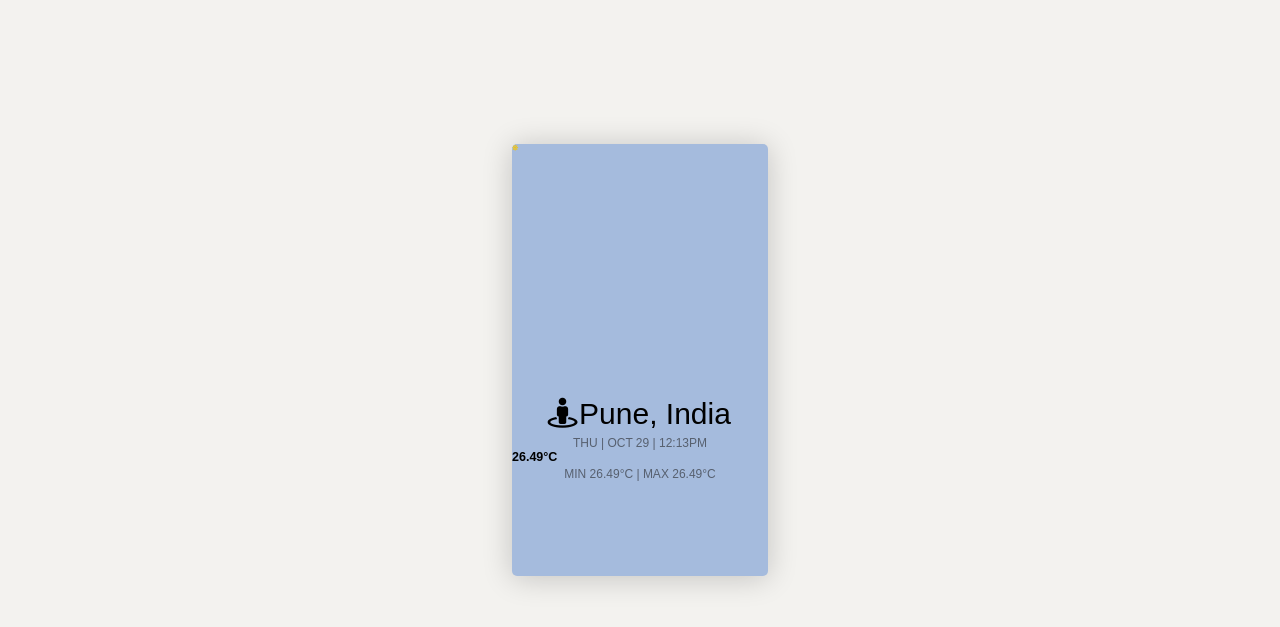
Repository: AalokJadhav/Weather_Website
Page: home.html
The author's editor kept a copy of each file at every save. The page is drawn from the files as they stood at one save, then again after the next save.
The browser window is 1280 px wide. The pictures show the whole page.
Some web libraries are served in a nearby version.

Above is the page before, as saved 2020-10-29 13:05:23.

### home.html
<!DOCTYPE html>
<html lang="en">
<head>
    <meta charset="UTF-8">
    <meta name="viewport" content="width=device-width, initial-scale=1.0">
    <link rel="stylesheet" href="https://cdnjs.cloudflare.com/ajax/libs/font-awesome/5.10.0/css/all.min.css" integrity="sha512-PgQMlq+nqFLV4ylk1gwUOgm6CtIIXkKwaIHp/PAIWHzig/lKZSEGKEysh0TCVbHJXCLN7WetD8TFecIky75ZfQ==" crossorigin="anonymous" />
    <style>
        * {
          padding: 0;
          margin: 0;
          /* font-family: "Jost", sans-serif; */
          font-family: "Quicksand", sans-serif;
        }

        body {
          background: #f3f2ef;
          display: flex;
          justify-content: center;
          align-items: center;
          flex-wrap: wrap;
          height: 100vh;
          width: 100vw;
        }

        html,
        body {
          font-size: 62.5%;
          height: 100%;
        }

        html {
          background: #eee;
        }

        .box {
          width: 20vw;
          height: 60vh;
          border-radius: 0.5rem;
          box-shadow: 0 0.2rem 3rem rgba(0, 0, 0, 0.2);
          background: #a5bbdd;
          position: relative;
          overflow: hidden;
          transform: translate3d(0, 0, 0);
          min-width: 20rem;
          min-height: 35rem;
        }

        .wave {
          opacity: 0.3;
          position: absolute;
          top: 120%;
          left: 50%;
          background: white;
          width: 50rem;
          height: 50rem;
          margin-left: -25rem;
          margin-top: -25rem;
          transform-origin: 50% 48%;
          border-radius: 43%;
          animation: drift 3000ms infinite linear;
          z-index: 1;
        }

        .wave.-three {
          animation: drift 5000ms infinite linear;
          z-index: 2 !important;
          opacity: 0.2;
        }

        .wave.-two {
          animation: drift 7000ms infinite linear;
          opacity: 0.1;
          z-index: 3 !important;
        }

        .box:after {
          content: "";
          display: block;
          left: 0;
          top: 0;
          width: 100%;
          height: 100%;
          z-index: 11;
          transform: translate3d(0, 0, 0);
        }

        @keyframes drift {
          from {
            transform: rotate(0deg);
          }
          from {
            transform: rotate(360deg);
          }
        }
        .info {
          position: absolute;
          bottom: 0;
          width: 100%;
          height: 45%;
          z-index: 4;
        }

        .location {
          margin-top: 1.5rem;
          text-align: center;
          font-weight: 800;
          font-size: 3rem;
          font-weight: 500;
        }

        .fa-street-view {
          animation: rotates 3s linear infinite alternate;
        }

        @keyframes rotates {
          from {
            transform: translateX(-0.5rem);
          }
          to {
            transform: translateX(0.5rem);
          }
        }

        #date {
          text-align: center;
          margin-top: 0.5rem;
          color: #57606f;
          font-size: 1.2rem;
          font-weight: 300;
          text-transform: uppercase;
        }

        .temp {
          margin-top: 2.5rem;
          text-align: center;
          font-size: 4rem;
        }

        .tempmin_max {
          text-align: center;
          margin-top: 0.3rem;
          font-weight: 300;
          font-size: 1.2rem;
          color: #57606f;
        }

        #weathercon {
          height: 55%;
          display: flex;
          justify-content: center;
          align-items: center;
          font-size: 3em;
        }

        #weathercon .fas {
          font-size: 6rem;
          animation: fas-anime 3s linear infinite alternate;
        }

        @keyframes fas-anime {
          from {
            transform: scale(1.1);
          }
          to {
            transform: scale(1.5);
          }
        }

        @media (max-width: 600px) {
          .box {
            width: 90vw;
            height: 80vh;
          }

          .wave {
            top: 85%;
          }

          #weathercon {
            font-size: 5em;
          }

          .info {
            font-size: 1.5rem;
          }
        }
        @media (max-height: 500px) {
          .box {
            height: 80vh;
          }

          .wave {
            top: 115%;
          }
        }
        body > span {
          width: 100vw;
          text-align: center;
          color: grey;
        }
      </style>
    <title>Weather App</title>
</head>
<body>
    <div class ="box">
        <div class="wave-one"></div>
        <div class="wave-two"></div>
        <div class="wave-three"></div>

        <div class="weathercon">
            <i class="fas fa-sun" style="color: #f1c40f;"></i>
        </div>

        <div class="info">
            <h2 class="location"><i class="fas fa-street-view"></i>Pune, India</h2>
            <p id="date">THU | OCT 29 | 12:13PM</p>
            <h1 id="temp">26.49°C</h1>
            <h3 class="tempmin_max">MIN 26.49°C | MAX 26.49°C</h3>
        </div>
    </div>
</body>
</html>

After the next save:
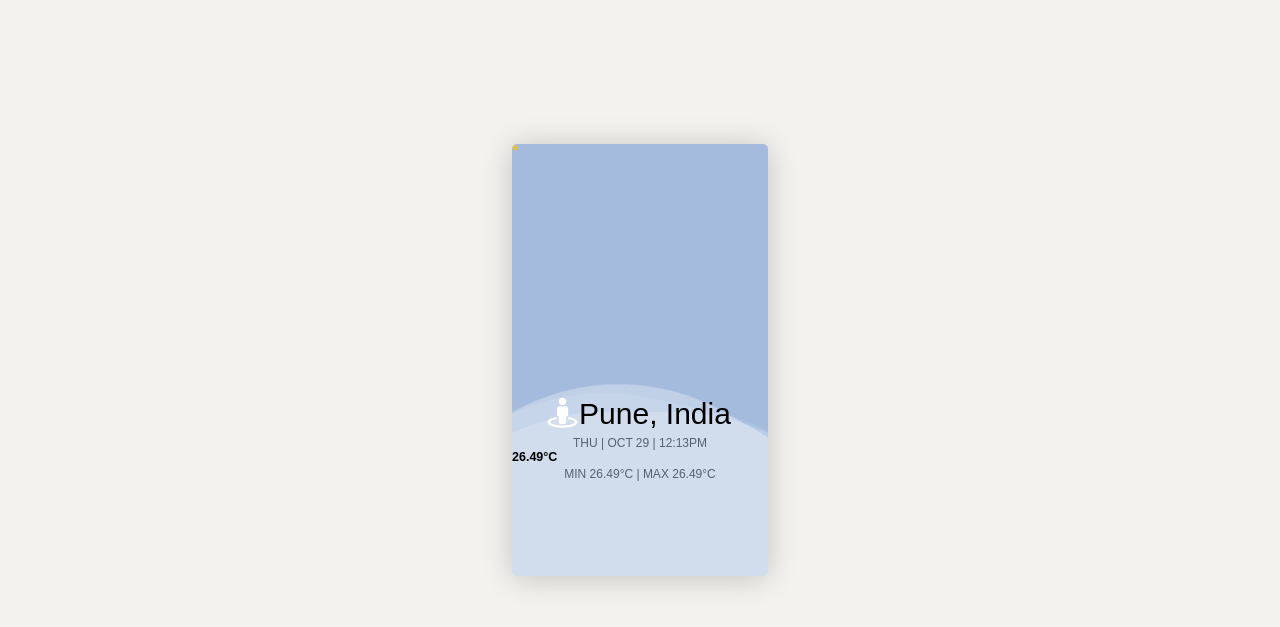
Saved 2 min 54 s later.
--- a/home.html
+++ b/home.html
@@ -203,16 +203,16 @@
 </head>
 <body>
     <div class ="box">
-        <div class="wave-one"></div>
-        <div class="wave-two"></div>
-        <div class="wave-three"></div>
+        <div class="wave -one"></div>
+        <div class="wave -two"></div>
+        <div class="wave -three"></div>
 
         <div class="weathercon">
             <i class="fas fa-sun" style="color: #f1c40f;"></i>
         </div>
 
         <div class="info">
-            <h2 class="location"><i class="fas fa-street-view"></i>Pune, India</h2>
+            <h2 class="location"><i class="fas fa-street-view" style="color: #fff"></i>Pune, India</h2>
             <p id="date">THU | OCT 29 | 12:13PM</p>
             <h1 id="temp">26.49°C</h1>
             <h3 class="tempmin_max">MIN 26.49°C | MAX 26.49°C</h3>
